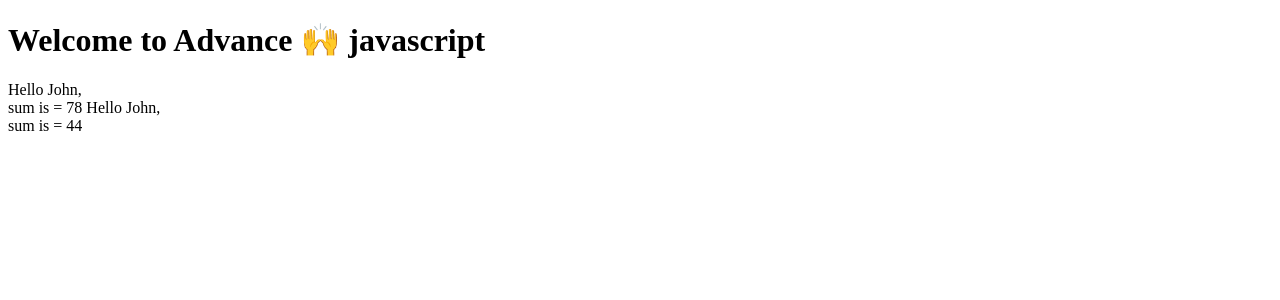
Repository: Gulzarokz/Advance_javascript
Page: index.html
These files come from the project's save history. The page is drawn as it stood at one moment and after the next save; the edit follows.
The browser window is 1280 px wide. The pictures show the whole page.

Above is the page before, as saved 2026-01-01 22:42:02.

After the next save:
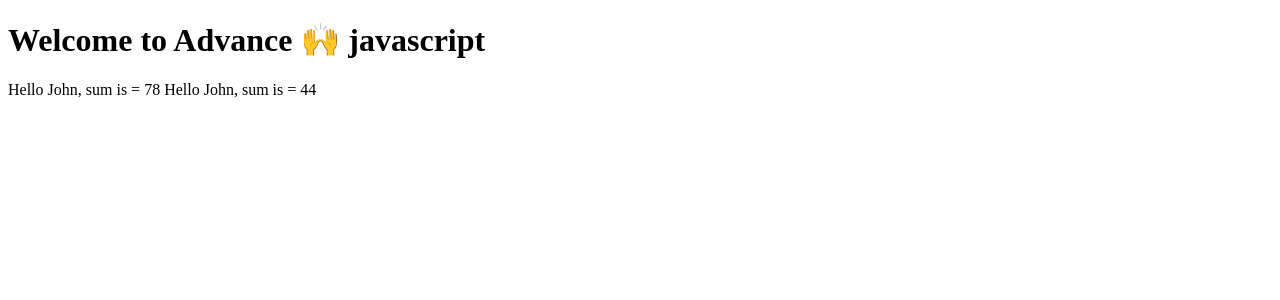
Saved 15 s later.
--- a/index.js
+++ b/index.js
@@ -196,7 +196,7 @@ function sum(name, ...args) {
         sum += args[i]
     }
     // console.log(sum);
-    document.writeln(`Hello ${name},<br> sum is  = ${sum}`);
+    document.writeln(`Hello ${name}, sum is  = ${sum}`);
 
 
 }
